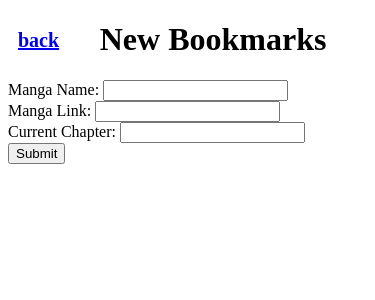
Repository: PA055/Manga-Bookmarks
Page: new.html
The author's editor kept a copy of each file at every save. The page is drawn from the files as they stood at one save, then again after the next save.
The browser window is 375 px wide. The pictures show the whole page.

Above is the page before, as saved 2023-03-11 11:57:49.
Console error: ReferenceError: $ is not defined

After the next save:
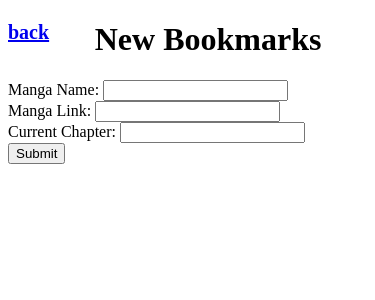
Saved 86 s later.
--- a/main.css
+++ b/main.css
@@ -26,8 +26,9 @@ h1 {
     margin-left: 10px;
 }
 
-@media only screen and (max-width: 500px) {
+@media only screen and (max-width: 400px) {
     .back {
         display: block;
+        margin: auto;
     }
 }
